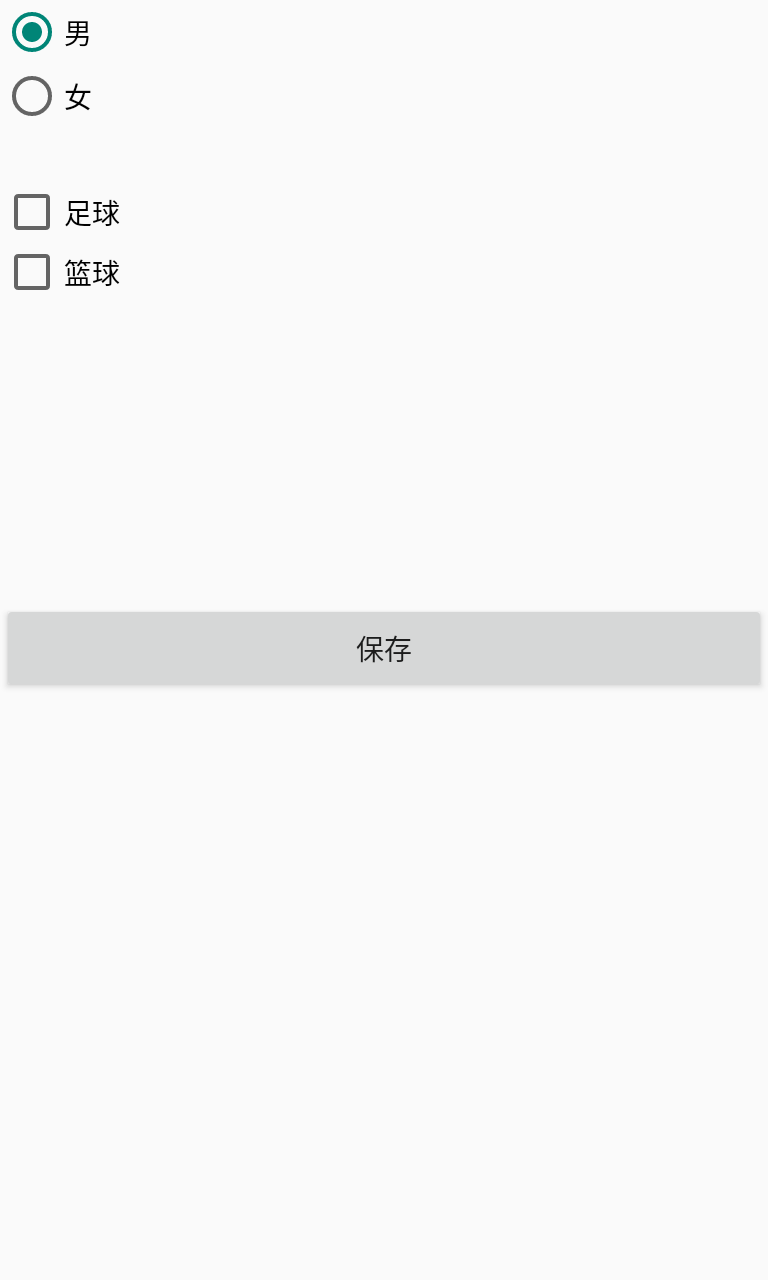
Repository: opencroco/hexo
Layout: ecplise-andriod/Hellowold/res/layout/activity_main.xml
An editor plug-in stored every save of this project. The layout is shown before and after the next save, followed by the edit.
It is drawn on a 768 x 1280 px phone screen (xhdpi) without system bars, with theme AppTheme; the app's code is not run.

Above is the layout before, as saved 2016-06-10 12:58:41.

### ecplise-andriod/Hellowold/res/layout/activity_main.xml
<FrameLayout xmlns:android="http://schemas.android.com/apk/res/android"
    xmlns:tools="http://schemas.android.com/tools"
    android:id="@+id/container"
    android:layout_width="wrap_content"
    android:layout_height="match_parent"
    tools:context="com.text.hellowold.MainActivity"
    tools:ignore="MergeRootFrame" >

    <Button
        android:id="@+id/save"
        android:layout_width="match_parent"
        android:layout_height="wrap_content"
        android:layout_gravity="right"
        android:layout_marginTop="300dp"
        android:text="保存" />

    <CheckBox
        android:id="@+id/football"
        android:layout_width="wrap_content"
        android:layout_height="wrap_content"
        android:layout_marginTop="90dp"
        android:text="足球" />

    <CheckBox
        android:id="@+id/basketball"
        android:layout_width="wrap_content"
        android:layout_height="wrap_content"
        android:layout_marginTop="120dp"
        android:text="篮球" />

    <RadioGroup
        android:id="@+id/gender"
        android:layout_width="wrap_content"
        android:layout_height="wrap_content" >

        <RadioButton
            android:id="@+id/male"
            android:layout_width="wrap_content"
            android:layout_height="wrap_content"
            android:checked="true"
            android:text="男" />

        <RadioButton
            android:id="@+id/female"
            android:layout_width="wrap_content"
            android:layout_height="wrap_content"
            android:text="女" />


    </RadioGroup>

</FrameLayout>

Loaded but not shown: ecplise-andriod/Hellowold/res/values/styles.xml (common file); ecplise-andriod/Hellowold/res/values-v11/styles.xml (common file); ecplise-andriod/Hellowold/res/values-v14/styles.xml (common file)

After the next save:
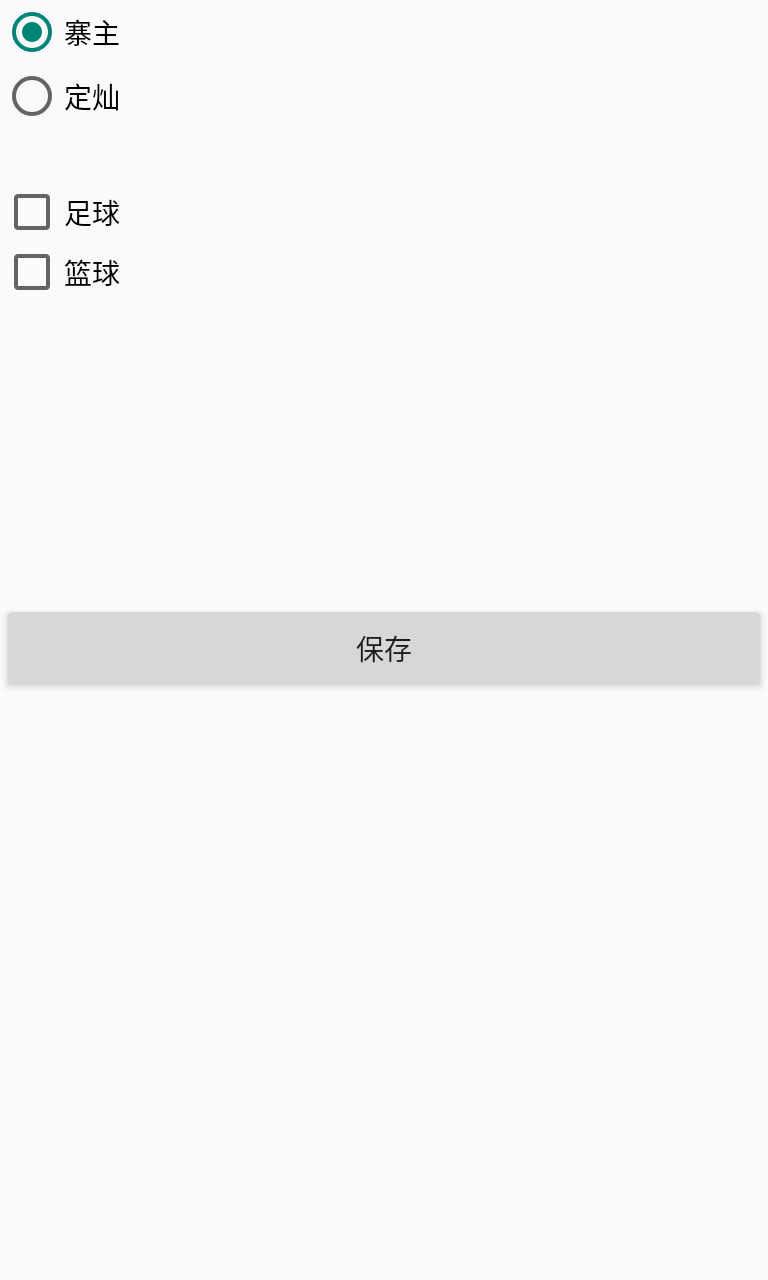
Saved 26 min 0 s later.
--- a/ecplise-andriod/Hellowold/res/layout/activity_main.xml
+++ b/ecplise-andriod/Hellowold/res/layout/activity_main.xml
@@ -38,13 +38,13 @@
             android:layout_width="wrap_content"
             android:layout_height="wrap_content"
             android:checked="true"
-            android:text="男" />
+            android:text="寨主" />
 
         <RadioButton
             android:id="@+id/female"
             android:layout_width="wrap_content"
             android:layout_height="wrap_content"
-            android:text="女" />
+            android:text="定灿" />
 
 
     </RadioGroup>
